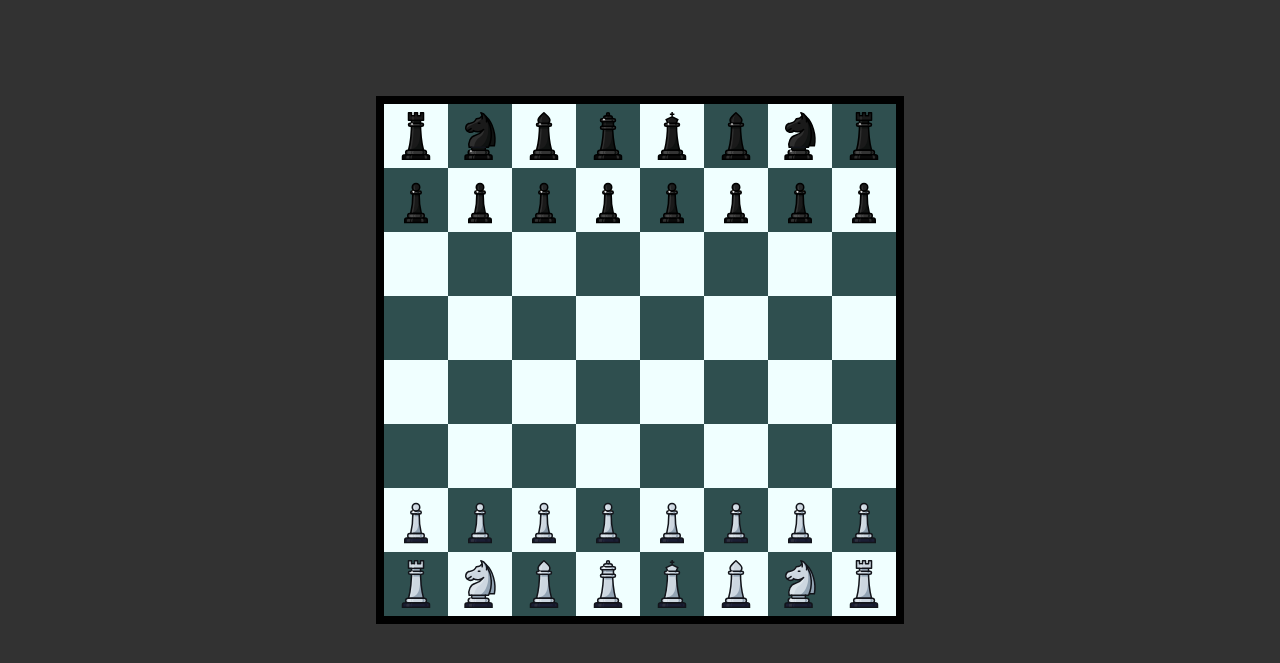
Repository: Mirsmog/react-chess
Page: /
These files come from the project's save history. The page is drawn as it stood at one moment and after the next save; the edit follows.
The browser window is 1280 px wide. The pictures show the whole page.
The project was rebuilt for these pictures with package versions that can differ from the ones it lists, and the page was loaded fresh each time. Also part of the build but not shown: vite.config.ts.

Above is the page before, as saved 2023-10-28 15:44:23.

After the next save:
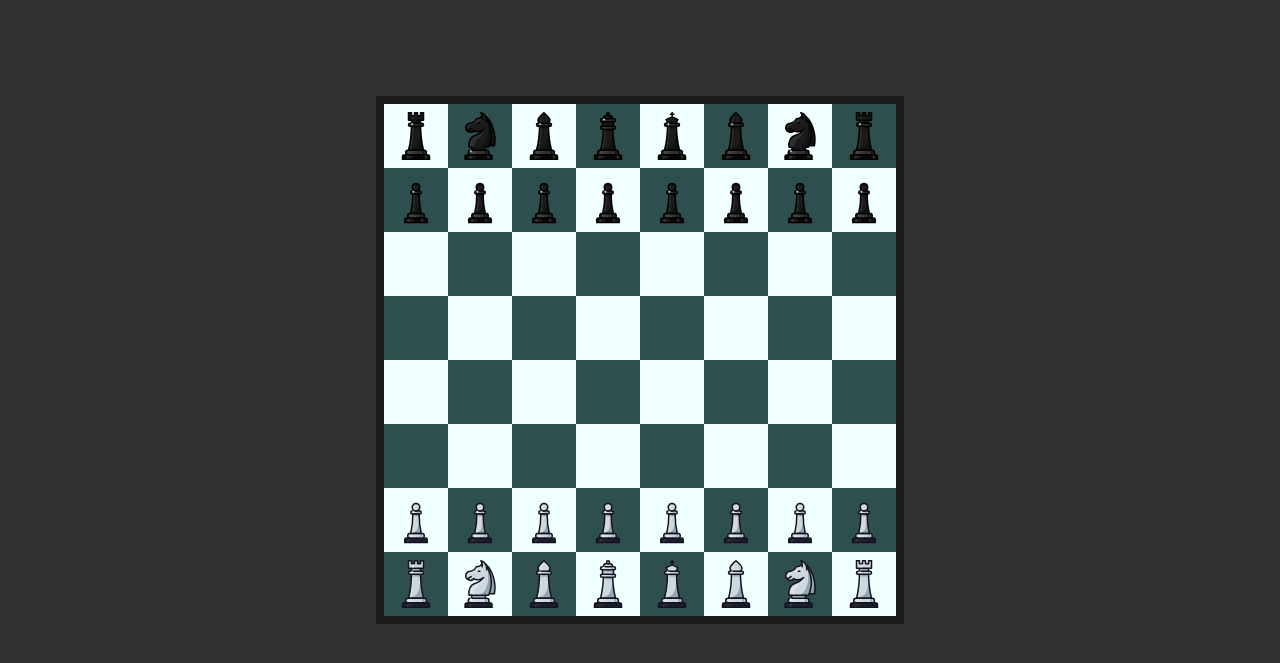
Saved 26 s later.
--- a/src/index.css
+++ b/src/index.css
@@ -21,7 +21,7 @@
   width: calc(var(--sell-size) * 8);
   height: calc(var(--sell-size) * 8);
   flex-wrap: wrap;
-  border: 8px solid black;
+  border: 8px solid #1a1a1a;
   /* transform: scale(1.8); */
 }
 
